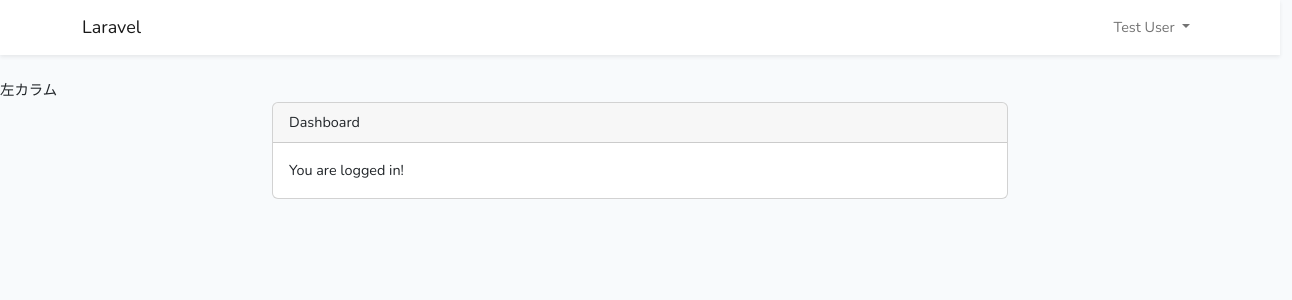
Repository: OkunoTaichi/laravel-simple-memo
Page: http://localhost/home
These files come from the project's save history. The page is drawn as it stood at one moment and after the next save; the edit follows.
The browser window is 1280 px wide. The page is 1292 px wide, so the pictures cover 1292 px, including what lies to the right of the window. The pictures show the whole page.
The page is served by the project's Laravel application, run on PHP 8.4 with Laravel 8. A made-up administrator, Test User (test@example.com), is signed in. Queries for data that is not in the repository find no rows.

Above is the page before, as saved 2022-11-09 18:17:34.

After the next save:
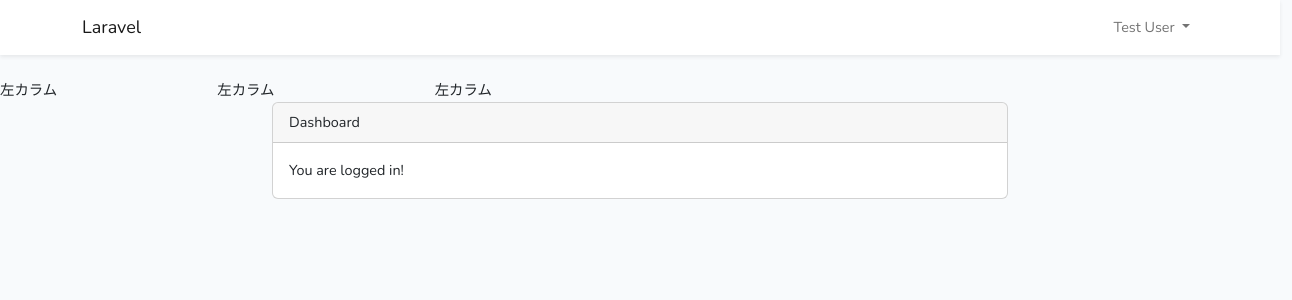
Saved 19 s later.
--- a/resources/views/layouts/app.blade.php
+++ b/resources/views/layouts/app.blade.php
@@ -79,6 +79,8 @@
         <main class="py-4">
             <div class="row">
                 <div class="col-md-2">左カラム</div>
+                <div class="col-md-2">左カラム</div>
+                <div class="col-md-2">左カラム</div>
             </div>
             @yield('content')
         </main>
